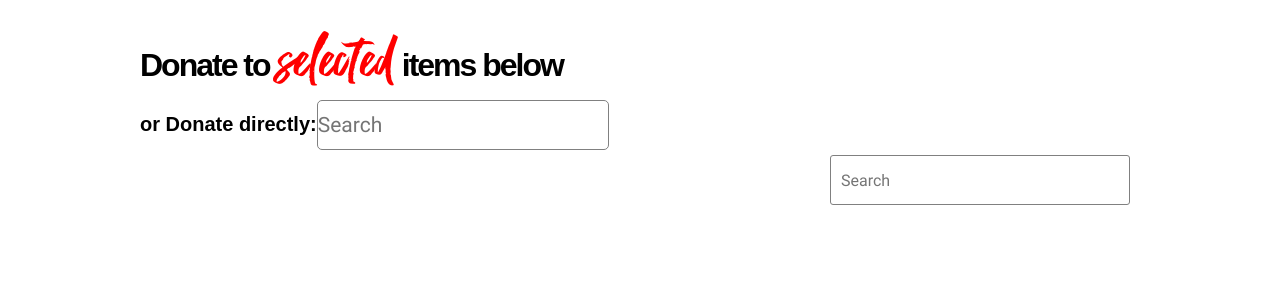
Repository: David-Waite/edableStyleChanges
Page: /
The author's editor kept a copy of each file at every save. The page is drawn from the files as they stood at one save, then again after a run of saves.
The browser window is 1280 px wide. The pictures show the whole page.
The project was rebuilt for these pictures with package versions that can differ from the ones it lists, and the page was loaded fresh each time. Also part of the build but not shown: src/components/Item/ProgressBar.css, src/components/Volunteer/Volunteer.tsx, src/components/DonorForm/Message.css, src/components/Volunteer/VolunteerError.tsx, src/components/Default.tsx, src/components/DonorForm/Paypal.tsx, src/components/DonorForm/DonorForm.tsx, src/components/DonorForm/PastDonations.css and 8 more.

Above is the page before, as saved 2022-11-09 19:15:21.

### public/index.html
<!DOCTYPE html>
<html lang="en">
  <head>
    <meta charset="utf-8" />
    <link rel="icon" href="%PUBLIC_URL%/favicon.ico" />
    <meta name="viewport" content="width=device-width, initial-scale=1" />
    <meta name="theme-color" content="#000000" />
    <meta name="description" content="EdAble Donations System" />
    <link rel="apple-touch-icon" href="%PUBLIC_URL%/logo192.png" />
    <link rel="manifest" href="%PUBLIC_URL%/manifest.json" />
    <link
      rel="stylesheet"
      href="https://cdn.jsdelivr.net/npm/bootstrap@5.2.0-beta1/dist/css/bootstrap.min.css"
      integrity="sha384-0evHe/X+R7YkIZDRvuzKMRqM+OrBnVFBL6DOitfPri4tjfHxaWutUpFmBp4vmVor"
      crossorigin="anonymous"
    />
    <title>EdAble Donations</title>
  </head>
  <body>
    <noscript>You need to enable JavaScript to run this app.</noscript>
    <div id="root"></div>
  </body>
  <script src="./iframeResizer.contentWindow.min.js"></script>
</html>

### src/index.tsx
import React from 'react';
import ReactDOM from 'react-dom/client';
import './index.css';
import App from './App';
import reportWebVitals from './reportWebVitals';
import './fonts/Roboto/Roboto-Medium.ttf';
import './fonts/Lora/Lora-VariableFont_wght.ttf';

const root = ReactDOM.createRoot(
  document.getElementById('root') as HTMLElement
);
root.render(
  <React.StrictMode>
    <App />
  </React.StrictMode>
);

// If you want to start measuring performance in your app, pass a function
// to log results (for example: reportWebVitals(console.log))
// or send to an analytics endpoint. Learn more: https://bit.ly/CRA-vitals
reportWebVitals();

### src/index.css
body {
  margin: 0;
  -webkit-font-smoothing: antialiased;
  -moz-osx-font-smoothing: grayscale;
}

code {
  font-family: source-code-pro, Menlo, Monaco, Consolas, "Courier New",
    monospace;
}

* {
  box-sizing: border-box;
}

#page-wrap {
  padding-bottom: 10px;
  padding-top: 10px;
}
@font-face {
  font-family: "Roboto";
  src: local("Roboto"),
    url("./fonts/Roboto/Roboto-Medium.ttf") format("truetype");
}

@font-face {
  font-family: "Lora";
  src: local("Lora"),
    url("./fonts/Lora/Lora-VariableFont_wght.ttf") format("truetype");
}

@font-face {
  font-family: "black_stonealternative";
  src: local("blackStone"),
    url("./fonts/BlackStone/blackstone-alternative-webfont.woff") format("woff");
}

h1 {
  font-family: "Roboto";
  font-style: normal;
  font-weight: 700;
  font-size: 52px;
  line-height: 64px;
  /* identical to box height, or 123% */
  color: #000000;
}

h2 {
  font-family: "Lora";
  font-style: normal;
  font-weight: 700;
  font-size: 47px;
  line-height: 60px;
  /* identical to box height, or 128% */
  color: #f1f1f1;
}

h3 {
  font-family: "Lora";
  font-style: normal;
  font-weight: 700;
  font-size: 40px;
  line-height: 51px;
  color: #c4c4c4;
}

h4 {
  font-family: "Roboto";
  font-style: normal;
  font-weight: 700;
  font-size: 35px;
  line-height: 43px;
  /* identical to box height, or 123% */
  letter-spacing: 0.02em;
  color: #000000;
}

h5 {
  font-family: "Roboto";
  font-style: normal;
  font-weight: 700;
  font-size: 28px;
  line-height: 44px;
  /* identical to box height, or 157% */
  color: #000000;
}

h6 {
  font-family: "Roboto";
  font-style: normal;
  font-weight: 700;
  font-size: 21px;
  line-height: 25px;
  /* identical to box height */
  color: #000000;
}

body {
  font-family: "Roboto";
  font-style: normal;
  font-weight: 400;
  font-size: 21px;
  line-height: 32px;
  /* identical to box height, or 152% */
  color: #000000;
}

### src/App.tsx
import React from "react";
import "./App.css";
import { BrowserRouter, Routes, Route } from "react-router-dom";

import { PayPalScriptProvider } from "@paypal/react-paypal-js";
import Base from "./components/Base";
import Landing from "./components/Landing/Landing";
import Volunteer from "./components/Volunteer/Volunteer";
import VolunteerError from "./components/Volunteer/VolunteerError";
import Default from "./components/Default";
import Organisation from "./components/Organisation/Organisation";
import ItemPage from "./components/Item/ItemPage";
import Success from "./components/DonorForm/Success";
import Cancel from "./components/DonorForm/Cancel";
import PastDonations from "./components/DonorForm/PastDonations";
import PastItemDonations from "./components/DonorForm/PastItemDonations";
import DonateTime from "./components/Volunteer/DonateTime";

function App() {
  return (
    <PayPalScriptProvider
      options={{
        "client-id":
        process.env.REACT_APP_PAYPAL_CLIENT_ID||"ATT3Tn46NrmHggGqVC4mzWOZWlnbp2ID9DA0yQnhsgqPFIVPPlLhfSI_-atbZc3aN7n_k7wUVTyQJMnI",
        currency: "AUD",
      }}
    >
      <BrowserRouter>
        <Routes>
          <Route path="/" element={<Base />}>
            <Route path="/" element={<Landing />} />
            <Route path="volunteer" element={<Volunteer />} />
            <Route path="success" element={<Success />} />
            <Route path="organisation/:orgId" element={<Organisation />} />
            <Route path="cancel/:orgId" element={<Cancel />} />
            <Route path="volunteererror/:orgId" element={<VolunteerError />} />
            <Route path="organisation/:orgId" element={<PastDonations />} />
            <Route path="item/:orgID/:itemID" element={<ItemPage />} />
            <Route path="item/:orgID/:itemID" element={<PastItemDonations />} />
            <Route path="volunteer/organisation/:orgId" element={<DonateTime />} />
            <Route path="volunteer/success" element={<Success />} />

            {/* Using path="*"" means "match anything", so this route
                acts like a catch-all for URLs that we don't have explicit
              routes for. */}
            <Route path="*" element={<Default />} />
          </Route>
        </Routes>
      </BrowserRouter>
    </PayPalScriptProvider>
  );
}

export default App;

### src/App.css
.App {
  text-align: center;
}

.App-logo {
  height: 40vmin;
  pointer-events: none;
}

@media (prefers-reduced-motion: no-preference) {
  .App-logo {
    animation: App-logo-spin infinite 20s linear;
  }
}

.App-header {
  background-color: #282c34;
  min-height: 100vh;
  display: flex;
  flex-direction: column;
  align-items: center;
  justify-content: center;
  font-size: calc(10px + 2vmin);
  color: white;
}

.App-link {
  color: #61dafb;
}

@keyframes App-logo-spin {
  from {
    transform: rotate(0deg);
  }
  to {
    transform: rotate(360deg);
  }
}

.font-face-rob {
  font-family: "Roboto";
}

.font-face-lora {
  font-family: "Lora";
}

.font-face-Black {
  font-family: "black_stonealternative";
}

### src/components/Base.tsx
import { Outlet } from 'react-router-dom';

function BasePage() {
  return (
    <>
      {/* An <Outlet> renders whatever child route is currently active,
          so you can think about this <Outlet> as a placeholder for
        the child routes we defined above. */}
      <Outlet/>
    </>
  );
}

export default BasePage;

### src/components/Landing/Landing.tsx
import { useEffect, useState } from "react";
import "./Landing.css";
import { Link } from "react-router-dom";
import { db } from "../../config/firebase";
import { collection, query, onSnapshot, where } from "firebase/firestore";
import { Button, Container, Carousel, Row, Col } from "react-bootstrap";
import { ReactComponent as InclusionHero } from "./InclusionHero.svg";

import Sidebar from "./Sidebar";
import ItemsCollection from "./ItemsCollection";
import Organisation from "../Organisation/Organisation";

function Landing() {
  const [orgList, setOrgList] = useState<any>([]);

  // gets all the orgs from dbs
  useEffect(() => {
    const q = query(
      collection(db, "Organisations"),
      where("activeStatus", "==", true)
    );
    onSnapshot(q, (querySnapshot) => {
      // setOrgList dumps all the orgs in orgList
      setOrgList(
        querySnapshot.docs.map((doc) => ({
          id: doc.id,
          data: doc.data(),
        }))
      );
    });
  }, []);

  useEffect(() => {
    window.scrollTo(0, 0);
  }, []);

  return (
    //   these lines set up the format of the page
    <>
      <div className="landing">
        {/* Burger menu */}

        <div className="App" id="outer-container">
          {/* Carousel */}
          <div className="slideshowCon">
            <Row>
              <Col>
                <div className="carouselContainer">
                  <Carousel
                    touch={true}
                    interval={4000}
                    indicators={true}
                    variant="light"
                  >
                    {orgList.map((org: any) => (
                      <Carousel.Item
                        key={org.id.toString()}
                        style={{
                          textAlign: "left",
                        }}
                      >
                        <Link
                          to={`organisation/${org.id}`}
                          style={{
                            textDecoration: "none",
                            color: "black",
                          }}
                        >
                          {/* this div contains the carousel item's contents and makes the whole carousel item a link (based on link tag above) */}
                          <div className="carousel-contents">
                            <img
                              className="carouselImage"
                              src={`${org.data.img}`}
                            />

                            <div className="caroursel-text">
                              <div className="carousel-contents-bottom">
                                <div>
                                  {" "}
                                  <h2 className="title">{org.data.name}</h2>
                                  <p className="orgSummary">
                                    {org.data.summary}
                                  </p>
                                </div>

                                <Button
                                  className="btnContribute"
                                  variant="warning"
                                >
                                  DONATE TO&#160;
                                  {org.data.name.toUpperCase()}!
                                </Button>
                              </div>
                            </div>
                          </div>
                        </Link>
                      </Carousel.Item>
                    ))}
                  </Carousel>
                </div>
              </Col>
            </Row>
          </div>
        </div>

        <div>
          <h2 className="pageTitle">
            Donate to <span>selected</span> items below
            <br />
          </h2>
          <div className="selectOrgCon">
            <h2 className="selectOrg">or Donate directly:</h2>
            <div className="orgSearchBar">
              <input className="input" type="text" placeholder="Search" />
            </div>
          </div>
        </div>

        <ItemsCollection orgList={orgList} />
      </div>
    </>
  );
}

export default Landing;

### src/components/Landing/Landing.css
.carousel-control-next,
.carousel-control-prev {
  width: 10%;
}

.landing {
  max-width: 1000px;

  margin: 0px auto 90px;
}
.pageTitle {
  font-size: 32px;
  color: black;
  font-family: sans-serif;
  margin-top: 60px;
  margin-bottom: 40px;
  letter-spacing: -2px;
  line-height: 0px;
  font-weight: 700;
}

.title {
  font-size: 32px;
  color: white;
  font-family: sans-serif;
}
.pageTitle span {
  font-family: "black_stonealternative";
  margin-left: 0px;
  margin-right: 0px;
  font-size: 55px;
  letter-spacing: 1px;
  font-weight: 100;
}

.selectOrg {
  font-size: 20px;
  color: black;
  font-family: sans-serif;
  padding-top: 5px;
  font-weight: 700;
}
.selectOrgCon {
  height: 40px;
  display: flex;
  align-items: center;
  margin-bottom: 0px;
}

.orgSearchBar input {
}

.orgSearchBar .col {
  padding: 0;
}

.navBarContainer {
  margin-left: 30px;
  margin-top: 10px;
  position: absolute;
  color: white;
}

.carousel {
  /* margin: 3px; */
  /* border-radius: 30px; */

  color: white;
  /* height: ; */
}

.carouselImage {
  object-fit: cover;
  height: calc(500px - 140px);
}

.carousel-contents {
  display: flex;

  flex-direction: column;
  justify-content: flex-end;

  color: white;
  height: 500px;
}

.carousel-indicators {
  margin-bottom: 10px;
}

.carousel-contents-bottom {
  display: flex;
  align-items: center;
  justify-content: space-between;
  gap: 10px;

  margin-bottom: 30px;
}

.caroursel-text {
  padding: 0px 25px;
  height: 140px;
  background-color: #333333;
}

.btnContribute {
  background-color: #e50040;
  color: white;
  border: none;
  border-radius: 3px;
}

.btnContribute span {
  margin-left: 3px;
  font-size: 16px;
  font-weight: 400;
  color: white;
}

.btnContribute div {
  font-size: 16px;
  font-weight: 400;
  margin: 0;
}

.btnContribute:hover {
  background-color: #d4033e;
  color: white;
}

.orgSummary {
  font-size: 16px;
  line-height: 25px;
  margin-bottom: 0px;
}

.imgCarousel {
  width: 100%;
  height: 600px;
}

.orgList {
  font-family: sans-serif;
  font-size: 20px;
  color: black;
}

.orgListCon {
  display: flex;
  align-items: center;
}
@media (max-width: 1040px) {
  .landing {
    padding: 0 20px;
  }
}

@media (max-width: 900px) {
  .title {
    font-size: 28px !important;
  }
}

@media (max-width: 800px) {
  .carousel-contents-bottom {
    flex-direction: column;
    align-items: flex-start;

    gap: 0px;
  }
  .caroursel-text {
    height: 200px;
  }
}

@media (max-width: 500px) {
  .btnContribute div {
    width: 100%;
  }

  .caroursel-text {
    height: 220px;
  }
}

@media (max-width: 370px) {
  .btnContribute {
    margin-top: -10px;
    font-size: 10px;
  }
}

@media (max-width: 325px) {
  .btnContribute span {
    font-size: 9px;
  }
}

/* #carousel-indicators {
    color:rgb(17, 0, 61)
} */

/* Button {
  font-size: x-small;
  style={{ backgroundImage: `url(${org.data.img})` }}




   <img
                              className="imgCarousel"
                              src={org.data.img}
                              alt={`${org.data.name}` + "'s logo"}
                            />
} */

### src/config/firebase.js
import { initializeApp } from "firebase/app";
import { getFirestore } from "firebase/firestore";
import { initializeAppCheck, ReCaptchaV3Provider } from "firebase/app-check";

const firebaseConfig = {
  apiKey: "AIzaSyDs6EtNxxw7Q9vqGTd9EFzCkpK4aQ9u_dY",
  authDomain: "edable-swinburne.firebaseapp.com",
  projectId: "edable-swinburne",
  storageBucket: "edable-swinburne.appspot.com",
  messagingSenderId: "217658206897",
  appId: "1:217658206897:web:529a69fce1bf349d7ad090",
  measurementId: "G-2R2MP9QZ9F",
};

// Initialize Firebase
const app = initializeApp(firebaseConfig);
const db = getFirestore(app);

// app check
const appCheck = initializeAppCheck(app, {
  provider: new ReCaptchaV3Provider("6LcACHkiAAAAAI-dIVsdXLO9-vrCICsqM5sRRjbJ"),
  isTokenAutoRefreshEnabled: true,
});

export { db };

### src/components/Landing/ItemsCollection.tsx
import { useState, useEffect } from "react";
import {
  collectionGroup,
  query,
  onSnapshot,
  collection,
  where,
  getDocs,
} from "firebase/firestore";
import { db } from "../../config/firebase";
import Card from "react-bootstrap/Card";
import ProgressBar from "react-bootstrap/ProgressBar";
import { Link } from "react-router-dom";
import styles from "./ItemsCollection.module.css";
import "../Item/ProgressBar.css";

function ItemsCollection(props: any) {
  const [itemList, setItemList] = useState<any>([]);
  const [search, setSearch] = useState<string>("");

  useEffect(() => {
    const q = query(
      collectionGroup(db, "Items"),
      where("activeStatus", "==", true)
    );

    onSnapshot(q, async (querySnapshot) => {
      setItemList(
        querySnapshot.docs.map((doc) => ({
          id: doc.id,
          data: doc.data(),
          parentDoc: doc.ref.parent.parent?.id,
        }))
      );
    });
  }, []);

  function mergeLists() {
    const mergeList: any = [];
    itemList.map((item: any) => {
      props.orgList.map((org: any) => {
        if (item.parentDoc === org.id) {
          if (item.data.activeStatus === true) {
            mergeList.push({
              ...item,
              orgName: org.data.name,
              orgActiveStatus: org.data.activeStatus,
            });
          }
        }
      });
    });
    return mergeList;
  }

  const mergeList = mergeLists();

  const handleChange = (e: React.ChangeEvent<HTMLInputElement>) => {
    setSearch(e.target.value);
  };
  const filteredItems = mergeList.filter((item: any) =>
    item.data.name.toLowerCase().includes(search.toLowerCase())
  );

  return (
    <>
      <div className={styles.containerDiv}>
        <div
          className={styles.searchBar}
          style={{
            borderRadius: "3px",
            display: "flex",
            alignItems: "right",
            justifyContent: "right",
          }}
        >
          <input
            style={{ fontSize: "16px" }}
            className={styles.input}
            type="text"
            onChange={handleChange}
            placeholder="Search"
          />
        </div>

        <div className={styles.cardParentDiv}>
          {filteredItems.map((item: any) => (
            <div key={item.id.toString()} className={styles.cards}>
              <div className={styles.cardImage}>
                <img src={item.data.img} alt={`Image of  ${item.data.name}`} />
              </div>

              <div className={styles.cardBody}>
                <div>
                  <h3 className={styles.cardTitle}>
                    {item.orgName}:
                    <br />
                    <span>{item.data.name}</span>
                  </h3>

                  <p className={styles.cardDes}>{item.data.summary}</p>
                </div>

                <div className={styles.bottomHalfCard}>
                  <p>
                    ${item.data.totalDonationsValue || 0} of $
                    {item.data.initialPrice}
                  </p>
                  <ProgressBar
                    striped
                    now={
                      item.data.totalDonationsValue
                        ? (item.data.totalDonationsValue /
                            item.data.initialPrice) *
                          100
                        : 0
                    }
                    label={`${Math.round(
                      (item.data.totalDonationsValue / item.data.initialPrice) *
                        100
                    )}%`}
                  />
                  <Link
                    style={{
                      textDecoration: "none",
                      color: "black",
                    }}
                    to={`item/${item.parentDoc}/${item.id}`}
                  >
                    <div className={styles.btn}>DONATE NOW!</div>
                  </Link>
                </div>
              </div>
            </div>
          ))}
        </div>
      </div>
    </>
  );
}

export default ItemsCollection;

### src/components/Organisation/Organisation.module.css
.body {
  background-color: black;
}

* {
  margin: 0;
  padding: 0;
}

img {
  max-width: 100%;
}

.section {
  max-width: 1000px;
  margin: 0 auto;
  background-color: white;
}

.orgName,
.volunteerOrgName span {
  font-family: "black_stonealternative";
  margin-left: 0px;
  margin-right: 0px;
  font-size: 55px;
  font-weight: 100;
  color: #5e17a9;
  line-height: 45px;
}

.orgNameSpan,
.volunteerOrgName {
  font-size: 32px;
  color: black;
  font-family: sans-serif;
  font-weight: 600;
  line-height: normal;
}
.volunteerOrgName span {
  color: #5e17a9;
}
.line {
  margin: 20px 0 30px;
  height: 3px;
  width: 70px;
  background-color: #511493;
}

.itemName {
  font-size: 32px;
  color: black;
  font-family: sans-serif;
  font-weight: 600;
  line-height: normal;
}

.itemImgDesktop {
  margin-bottom: 20px;
}

.sideIdmage {
  display: flex;
  flex-direction: column;
}

.itemImgMobile,
.mobileSideImg {
  display: none;
}

.itemName span {
  color: #511493;
  font-size: 33px;
}

.des {
  margin-top: 20px;
  font-size: 16px;
  font-weight: 100;
  line-height: 25px;
  color: #333333;
}
.mainContent {
  margin-top: 40px;
  display: grid;
  grid-template-columns: 1fr 1.5fr;
  gap: 80px;
}
.btn {
  display: flex;
  align-items: center;
  height: 40px;
  color: white;

  border-radius: 3px !important;
  font-size: 16px;
  font-weight: 400;
  padding: 0 15px;
}

a {
  text-decoration: none !important;
}
.websiteBtn {
  height: 40px;

  border-radius: 3px !important;
  font-size: 16px;
  font-weight: 400;
  padding: 10px 15px;

  color: white;
  background-color: #511493;
}
.btn:hover {
  color: white;
}

.goBack {
  background-color: #e50040;
}

.goBack:hover {
  background-color: #f16800;
}

.orgImg {
  width: 100%;
  height: 500px;
  object-fit: cover;
}

.website {
  padding: 30px;
  margin-top: 10px;
  background: linear-gradient(58.89deg, #5e17a9 31.3%, #e50040 67.75%);
  color: white;
}

.website div {
  margin-top: 10px;
}
.website a {
  background-color: #e50040;
  width: 100%;
  color: white;
  border-radius: 3px !important;
  font-size: 16px;
  font-weight: 400;
  padding: 10px 15px;
}

.header {
  margin: 10px 0;
  display: flex;
  gap: 10px;

  align-items: center;
}

h6 {
  margin-top: 30px;
  font-size: 33px;
  font-weight: 400;
  line-height: 30px;
}

h6 div {
  font-family: "black_stonealternative";
  margin-top: 30px;
  color: #5e17a9;
  font-size: 55px;
  letter-spacing: 1px;
  font-weight: 100;
}

.orgDescription {
  margin-top: 20px;
  font-size: 16;
}

.formCon {
  margin-top: 20px;
}

.btnPurple {
  background-color: #511493;
}
.topItem {
  display: flex;
  align-items: center;
  gap: 40px;
}

.backButton {
  margin-top: 30px;
  color: white;
  border-radius: 3px;
  background-color: #e50040;
  border: none;
}

.backButton:hover {
  color: white;

  background-color: #d4033e;
}

.topButton:hover {
  background-color: #f16800;
}

.card {
  border-radius: 3px;
  border: none;

  background-color: #f4f4f4;
}

.card img {
  width: 100%;
}

.cardContent {
  padding: 20px;
}

.cardTitle {
  font-size: 18px;
  color: black;
  font-family: sans-serif;
  height: auto;
  line-height: 25px;
}

.cardDes {
  margin-top: 0px;
  color: rgb(29, 29, 29);
  font-size: 16px;
  letter-spacing: 0.1px;
  line-height: 20px;
  font-weight: 400;
}

@media (max-width: 1040px) {
  .section {
    padding: 0 20px;
  }
}
@media (max-width: 700px) {
  .content {
    padding: 0 20px 50px;
  }
  .formContainer {
    padding: 30px 20px;
  }
  .topItem {
    display: flex;
    flex-direction: column;
    gap: 40px;
  }
  .card {
    width: 100%;
  }
}

@media (max-width: 900px) {
  .mainContent {
    display: grid;
    grid-template-columns: 1fr;
    gap: 20px;
    margin-bottom: 10px;
  }
  .itemImgDesktop,
  .desktopSideImg {
    display: none;
  }
  .mobileSideImg {
    display: block;
  }

  .itemImgMobile {
    display: block;
    width: 100%;
  }
}

@media (max-width: 500px) {
  label {
    font-size: 10px;
  }

  h6 {
    font-size: 25px;
  }
  h6 span {
    font-size: 40px;
  }
  .btn {
    font-size: 12px;
  }
}

### src/components/Landing/ItemsCollection.module.css
.containerDiv {
  /* background-color: rgb(212, 238, 249); */
  border-radius: 40px;
}

.searchBar {
  border-radius: 3px !important;
  padding: 0;
}
.title {
  font-size: 32px;
  color: black;
  font-family: sans-serif;
  margin-top: 60px;
  margin-bottom: 40px;

  letter-spacing: -2px;
}

.title span {
  font-family: "black_stonealternative";
  margin-left: 0px;
  margin-right: 0px;
  font-size: 55px;
  letter-spacing: 1px;
  font-weight: 100;
}

.input {
  margin: 10px;
  width: 300px;
  border-radius: 3px;
  padding: 2px 10px;
}

.cardParentDiv {
  margin-top: 20px;
  display: grid;
  grid-template-columns: 1fr 1fr 1fr;
  gap: 30px;
}

.bottomHalfCard {
  align-self: end;
}
.cardParentDiv img {
  width: 100%;
  height: 180px;
  object-fit: cover;
  padding: 0;
  margin: 0;
}

.cardImage {
  height: 180px;
}
.cardTitle {
  font-size: 18px;
  color: black;
  font-family: sans-serif;
  height: auto;
  line-height: 25px;
}

.cardTitle span {
  color: #e50040;
}

.cardDes {
  height: 60px;
  margin-top: 0px;
  color: rgb(29, 29, 29);
  font-size: 16px;
  letter-spacing: 0.1px;
  line-height: 16px;
  font-weight: 400;
}

.btn {
  text-decoration: none;
  color: white;
  display: flex;
  align-items: center;
  justify-content: center;
  height: 40px;
  margin-top: 10px;
  margin-bottom: -15px;
  text-align: center;
  border-radius: 3px;
  font-size: 16px;
  font-weight: 400;

  background-color: #5e17a9;
}

.cardBody {
  padding: 10px 10px 30px 10px;
}

.cards {
  border-radius: 3px;
  border: none;
  background-color: #f4f4f4;
}

@media (max-width: 1040px) {
  .cardParentDiv {
    grid-template-columns: 1fr 1fr;
    gap: 60px;
  }
  .input {
    width: calc(100vw - 40px);
  }
}

@media (max-width: 650px) {
  .cardParentDiv {
    grid-template-columns: 1fr 1fr;
    gap: 20px;
  }
}

@media (max-width: 600px) {
  .cardParentDiv {
    grid-template-columns: 1fr;
    gap: 20px;
  }
}

### src/components/DonorForm/DonorForm.css
.donorInfoContainer {
  background-color: rgb(238, 238, 238);
  padding: 20px 40px;
  border-radius: 3px;
}

.formTitle {
  color: #5e17a9;
}

.presetButtons {
  display: flex;
  align-items: center;
  justify-content: flex-start;
  margin-bottom: -20px;
}

label,
.or {
  padding: 5px 0;
  font-weight: lighter;
}

label span {
  color: rgb(176, 53, 53);
  margin-left: 2px;
}

input:disabled {
  background-color: rgb(197, 197, 197);
}

.checkbox {
  display: flex;
  justify-content: start;
  align-items: center;
}

.checkbox input {
  width: auto;
  margin-right: 5px;
}

.monthlyPayment {
  margin-top: 15px;
  margin-bottom: -25px;
}

.availablity {
  display: flex;
  gap: 60px;
  padding-bottom: 10px;
}

.isAron {
  margin-top: 15px;
}
.mailingList {
  margin-bottom: 15px;
}
input,
select {
  height: 50px;
  width: 100%;
  border: 0.1px solid;
  border-color: grey;
  border-radius: 5px;
}

select {
  padding: 15px 10px;
  border: none;
}

span {
  font-size: large;
  color: red;
}

.proceedPayBtn {
  color: white;
  background-color: #ff7000;
  border-color: #ff7000;
  margin-right: auto;
}

.proceedPayBtn:hover {
  background-color: #f16800;
  color: white;
}

button {
  border-radius: 4px;
  border: 1px solid rgb(215, 215, 215);
  padding: 5px 10px;
  font-size: 14px;
  margin: 5px;
  color: white;
  background-color: #ff7000;
  border-color: #ff7000;
}

button[type="submit"],
input[type="submit"] {
  background: #ec598f;
  color: white;
  text-transform: uppercase;
  border: none;
  margin-top: 40px;
  padding: 10px;
  font-size: 16px;
  font-weight: 400;
  letter-spacing: 10px;
}

Loaded but not shown: src/reportWebVitals.ts (common file); public/iframeResizer.contentWindow.min.js (library)

After the next 2 saves:
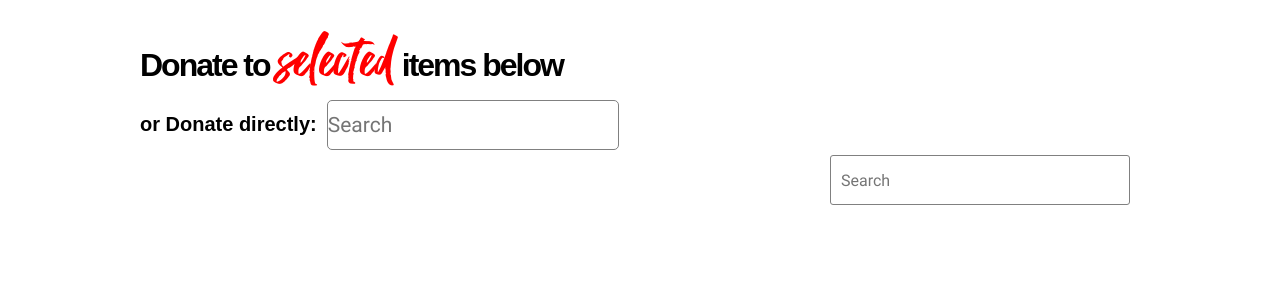
The 2 saves are shown as one change because they came seconds apart.
The last was saved 12 s later.
--- a/src/components/Landing/Landing.css
+++ b/src/components/Landing/Landing.css
@@ -50,7 +50,10 @@
 .orgSearchBar input {
 }
 
-.orgSearchBar .col {
+.orgSearchBar {
+  margin-left: 10px;
+}
+.col {
   padding: 0;
 }
 
